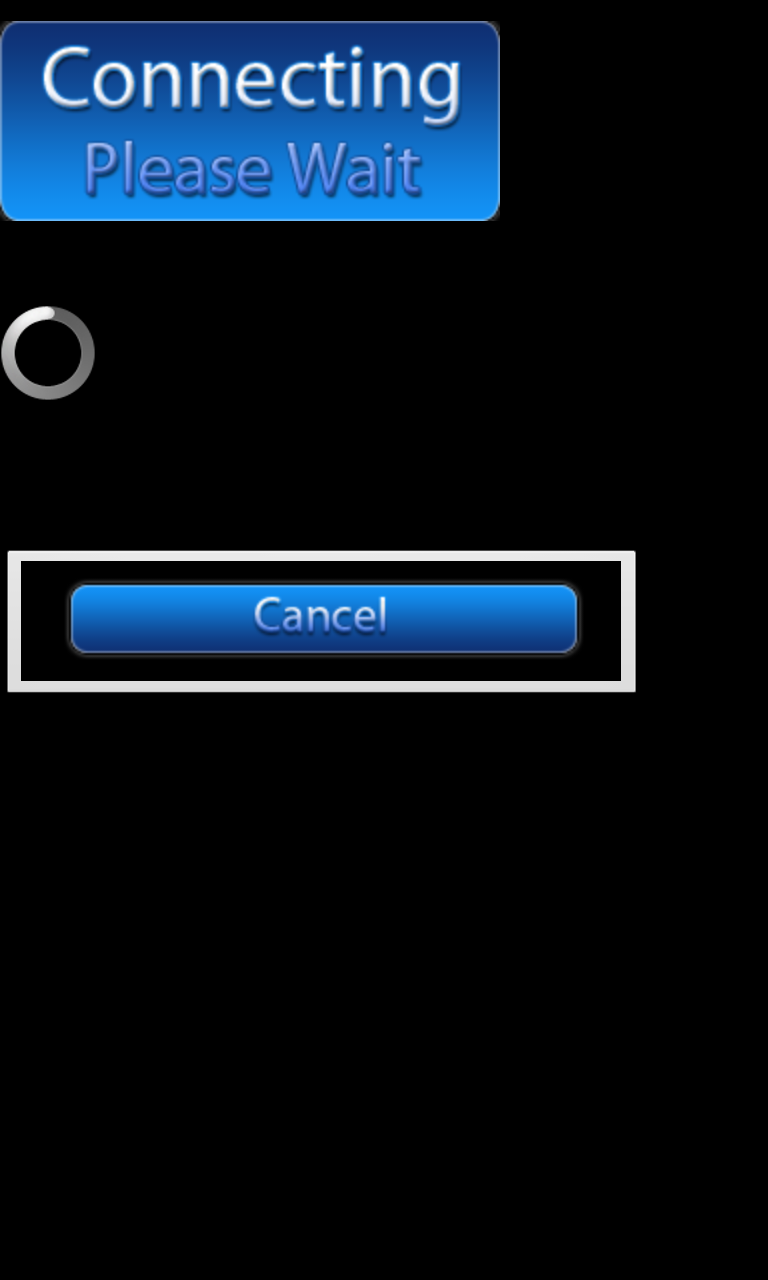
Repository: Matt-Bishop/HP-Photo-Kiosk
Layout: workspace/HP_PK/res/layout/connecting.xml
The author's editor kept a copy of each file at every save. The layout is drawn from the files as they stood at one save, then again after the next save.
It is drawn on a 768 x 1280 px phone screen (xhdpi) without system bars, with theme android:Theme; the app's code is not run.

Above is the layout before, as saved 2011-01-05 02:02:41.

### workspace/HP_PK/res/layout/connecting.xml
<?xml version="1.0" encoding="utf-8"?>
<LinearLayout
android:id="@+id/widget55"
android:layout_width="fill_parent"
android:layout_height="fill_parent"
android:orientation="vertical"
xmlns:android="http://schemas.android.com/apk/res/android"
>
<FrameLayout
android:id="@+id/widget86"
android:layout_width="wrap_content"
android:layout_height="21px"
>
<FrameLayout
android:id="@+id/widget87"
android:layout_width="wrap_content"
android:layout_height="wrap_content"
>
</FrameLayout>
</FrameLayout>
<ImageView
android:id="@+id/widget37"
android:layout_width="wrap_content"
android:layout_height="wrap_content"
android:src="@drawable/hp_connecting"
>
</ImageView>
<LinearLayout
android:id="@+id/widget58"
android:layout_width="wrap_content"
android:layout_height="21px"
android:orientation="vertical"
>
</LinearLayout>
<LinearLayout
android:id="@+id/widget57"
android:layout_width="wrap_content"
android:layout_height="21px"
android:orientation="vertical"
>
</LinearLayout>
<LinearLayout
android:id="@+id/widget59"
android:layout_width="wrap_content"
android:layout_height="21px"
android:orientation="vertical"
>
</LinearLayout>
<LinearLayout
android:id="@+id/widget60"
android:layout_width="wrap_content"
android:layout_height="21px"
android:orientation="vertical"
>
</LinearLayout>
<ProgressBar
android:id="@+id/widget36"
android:layout_width="wrap_content"
android:layout_height="wrap_content"
android:indeterminate="true"
>
</ProgressBar>
<LinearLayout
android:id="@+id/widget56"
android:layout_width="wrap_content"
android:layout_height="21px"
android:orientation="vertical"
>
</LinearLayout>
<LinearLayout
android:id="@+id/widget62"
android:layout_width="wrap_content"
android:layout_height="21px"
android:orientation="vertical"
>
</LinearLayout>
<LinearLayout
android:id="@+id/widget61"
android:layout_width="wrap_content"
android:layout_height="21px"
android:orientation="vertical"
>
</LinearLayout>
<LinearLayout
android:id="@+id/widget66"
android:layout_width="wrap_content"
android:layout_height="21px"
android:orientation="vertical"
>
</LinearLayout>
<LinearLayout
android:id="@+id/widget65"
android:layout_width="wrap_content"
android:layout_height="21px"
android:orientation="vertical"
>
</LinearLayout>
<LinearLayout
android:id="@+id/widget70"
android:layout_width="wrap_content"
android:layout_height="21px"
android:orientation="vertical"
>
</LinearLayout>
<LinearLayout
android:id="@+id/widget64"
android:layout_width="wrap_content"
android:layout_height="21px"
android:orientation="vertical"
>
<LinearLayout
android:id="@+id/widget69"
android:layout_width="wrap_content"
android:layout_height="21px"
android:orientation="vertical"
>
</LinearLayout>
</LinearLayout>
<ImageButton
android:id="@+id/widget30"
android:layout_width="wrap_content"
android:layout_height="wrap_content"
android:src="@drawable/hp_cancel_button"
>
</ImageButton>
<FrameLayout
android:id="@+id/widget88"
android:layout_width="wrap_content"
android:layout_height="21px"
>
</FrameLayout>
</LinearLayout>

After the next save:
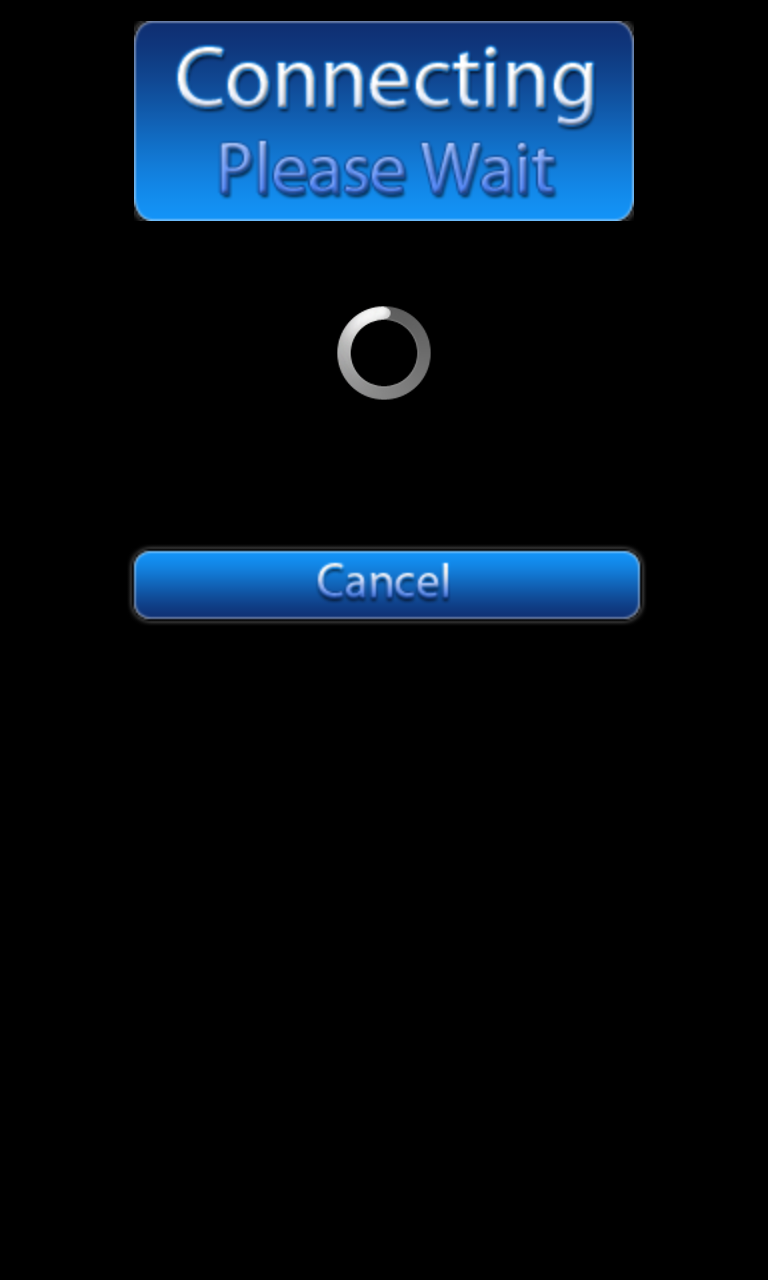
Saved 45 s later.
--- a/workspace/HP_PK/res/layout/connecting.xml
+++ b/workspace/HP_PK/res/layout/connecting.xml
@@ -23,6 +23,7 @@
 android:layout_width="wrap_content"
 android:layout_height="wrap_content"
 android:src="@drawable/hp_connecting"
+android:layout_gravity="center_horizontal"
 >
 </ImageView>
 <LinearLayout
@@ -58,6 +59,7 @@
 android:layout_width="wrap_content"
 android:layout_height="wrap_content"
 android:indeterminate="true"
+android:layout_gravity="center_horizontal"
 >
 </ProgressBar>
 <LinearLayout
@@ -89,13 +91,6 @@
 >
 </LinearLayout>
 <LinearLayout
-android:id="@+id/widget65"
-android:layout_width="wrap_content"
-android:layout_height="21px"
-android:orientation="vertical"
->
-</LinearLayout>
-<LinearLayout
 android:id="@+id/widget70"
 android:layout_width="wrap_content"
 android:layout_height="21px"
@@ -120,7 +115,9 @@
 android:id="@+id/widget30"
 android:layout_width="wrap_content"
 android:layout_height="wrap_content"
+android:background="#ff000000"
 android:src="@drawable/hp_cancel_button"
+android:layout_gravity="center_horizontal"
 >
 </ImageButton>
 <FrameLayout
